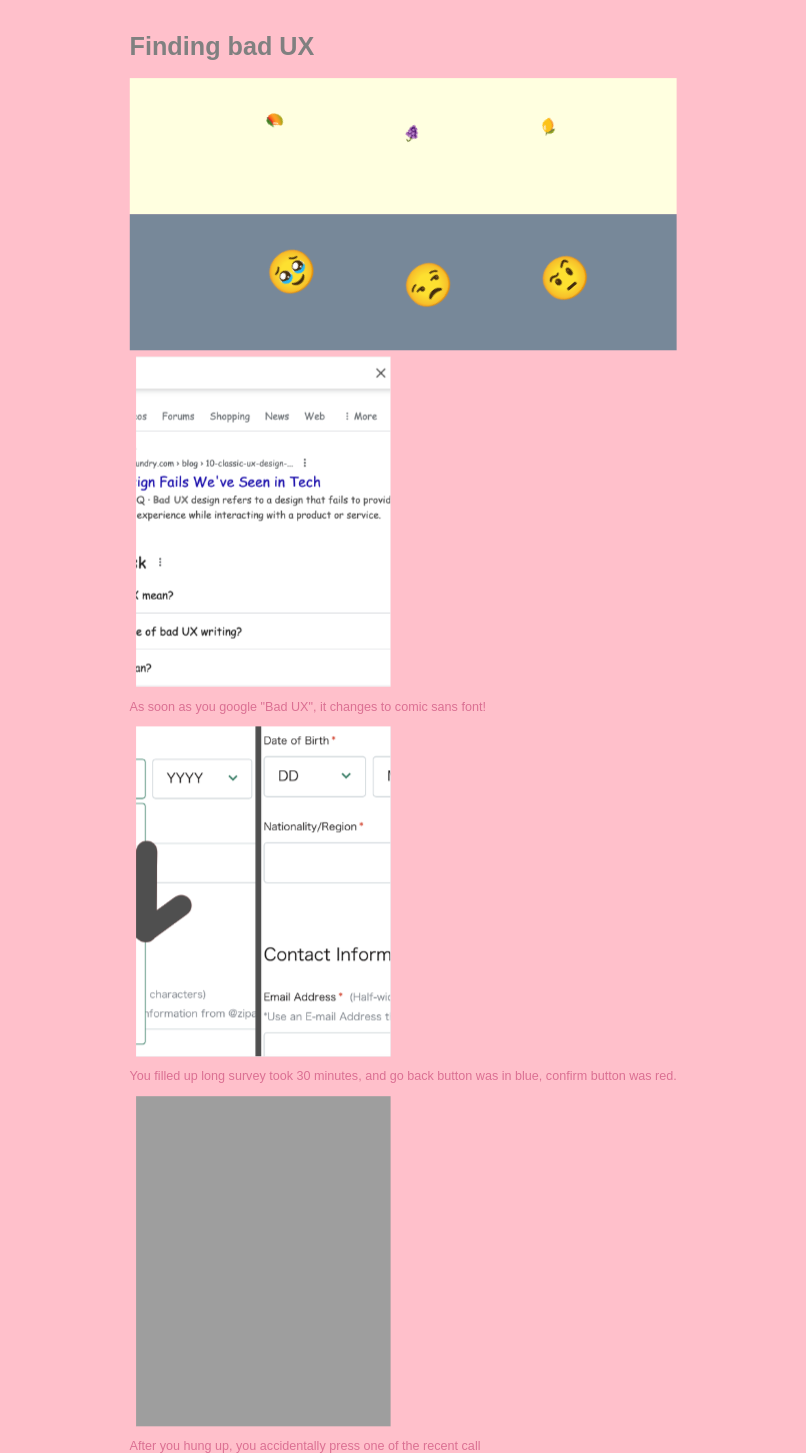
Repository: j1s00jang/MDIA-2109
Page: index.html
The author's editor kept a copy of each file at every save. The page is drawn from the files as they stood at one save, then again after the next save.
The browser window is 1280 px wide. The pictures show the whole page, at 63% of full size.
Pictures or frames that could not be fetched are drawn as grey boxes. Some web libraries are served in a nearby version.

Above is the page before, as saved 2025-02-24 14:59:59.

### index.html
<html>
    <head>
        <!-- Metadata belongs in the head of your document -->
         <title>Jisoo's finding bad ux</title>
         <meta charset="UTF-8" />
         <link rel="stylesheet" href="css/styles.css">
    </head>
    <body>
        <main>
            <h1 class="title">Finding bad UX</h1>


        <div class="js">
            <span class="js__spinner spin">🥭</span>
            <span class="js__spinner moreSpin">🍇</span>
            <span class="js__spinner mostSpin">🍋</span>
        </div>


        <div class="gsap">
            <span class="gsap__spinner spin">🥹</span>
            <span class="gsap__spinner moreSpin">😒</span>
            <span class="gsap__spinner mostSpin">🤨</span>
        </div>

            <div class="first">
                <img src="css/first.png" alt="google ux" class="first_photo">
            </div>
            <p>As soon as you google "Bad UX", it changes to comic sans font!</p>

            <div class="second">
                <img src="css/second.png" alt="confirm button in red" class="second_photo">
            </div>
            <p>You filled up long survey took 30 minutes, and go back button was in blue, confirm button was red.</p>

            <div class="third">
                <img src="css/third.jpeg" alt="iphone's recents calling list" class="third_photo">
            </div>
            <p>After you hung up, you accidentally press one of the recent call</p>

            <script src="https://cdn.jsdelivr.net/npm/gsap@3.12.7/dist/gsap.min.js"></script>
            <script src="script.js"></script>


        </main>
    </body>
</html>

### css/styles.css
html {
    font-family: "Futura", sans-serif;
    font-size: 1.25em;
    background-color: pink;
    padding: 1.25em;
    color: palevioletred;
}

body {
    display: flex;
    justify-content: center;
    height: 100vh;
}

.title {
    font-size: 2em;
    color: grey;
}


.first,
.second,
.third {
    position: relative;
    width: 30vw;
    height: 70vh;
    overflow: hidden;
}

.first {
    background-color: whitesmoke;
    padding: 10px;
    margin: 10px;
    font-size: 1.5em;
}

.first_photo {
    position: absolute;
    top: 0;
    left: 0;
    width: 100%;
    height: 100%;
    object-fit: cover; /* 부모 크기에 맞춰 채우기 */
    opacity: 1;
}

.second {
    background-color: lightcyan;
    padding: 10px;
    margin: 10px;
    color: teal;
    font-size: 1.5em;
}

.second_photo {
    position: absolute;
    top: 0;
    left: 0;
    width: 100%;
    height: 100%;
    object-fit: cover;
    opacity: 1;
}

.third {
    background-color: lightyellow;
    padding: 10px;
    margin: 10px;
    color: darkgoldenrod;
    font-size: 1.5em;
}

.third_photo {
    position: absolute;
    top: 0;
    left: 0;
    width: 100%;
    height: 100%;
    object-fit: cover;
    opacity: 1;
}

.gsap {
    position: relative;
    height: 30vh;
    font-size: 65px;
}


/* Resets and Basics */

html {
    font-family: "Futura", sans-serif;
    font-size: 1.25em;
    background-color: pink;
    padding: 1.25em;
    color:palevioletred;
}

body {
    margin: 0;
}


section {
    border: 1px solid gray;
    /* border-width: 1px;
    border-style: solid;
    border-color: gray; */
    width: 40vw;
    /* vw is almost similar with % */
    padding: 10px;
    margin: 10px;
}


section .container {
    border-color: darkorange;
}

.container {
    border: 1px solid;
    border-color: purple;
    transition: all 0.5s;
}


.container:first-child {
    background-color: brown;
}




.container:hover {
    width: 50vw;
}

.container + .container {
    margin-top: 20px;
}


.link {
    transition: background-color 1s;
}

.link:hover {
    text-decoration: underline;
    color: gray;
    background-color: hotpink;
}



#specific-container {
    border-color: blue;
}


ul {
    list-style-type: decimal-leading-zero;
}







.icon-box {
    padding: 5px;
}

.icon-box__image {
    width: 40px;
    height: 40px;
}

.icon-box__heading {
    font-size: 20px;
    margin: 10px 0;
    text-align: center;
}

.icon-box__text {
    color: gray;
    font-size: 12px;
}


/* Animations */

.css,
.js,
.gsap {
    position: relative;
    height: 30vh;
    font-size: 65px;
}

.css {
    background: skyblue;
}

.js {
    background: lightyellow;
}


.gsap {
    background: lightslategray;
}

.css__spinner,
.js__spinner,
.gsap__spinner {
    position: absolute;
}


.css__spinner {
    animation: makeItSpin 3s ease-in infinite;
}



.spin { left: 25%; top: 25%; }
.moreSpin { left: 50%; top: 35%; }
.mostSpin { left: 75%; top: 30%; }



@keyframes makeItSpin {
    0% {
        transform: rotate(0);
    }
    50% {
        font-size: 100px;
    }
    100% {
        transform: rotate(360deg);
    }
}

### script.js
const $spin = document.querySelector(".js__spinner.spin");
const $moreSpin = document.querySelector(".js__spinner.moreSpin");
const $mostSpin = document.querySelector(".js__spinner.mostSpin");




const keyframes = [
    { transform: "rotate(0)" },
    {
        transform: "rotate(360deg)",
        fontSize: "0"
     }
];



const options = {
    duration: 3000,
    iterations: Infinity,

}


$spin.animate(keyframes, options);
$moreSpin.animate(keyframes, options);
$mostSpin.animate(keyframes, options);


const gsapOption = {
    rotation: 360,
    repeat: -1,
    duration: 3
}

gsap.to(".gsap__spinner", gsapOption);

After the next save:
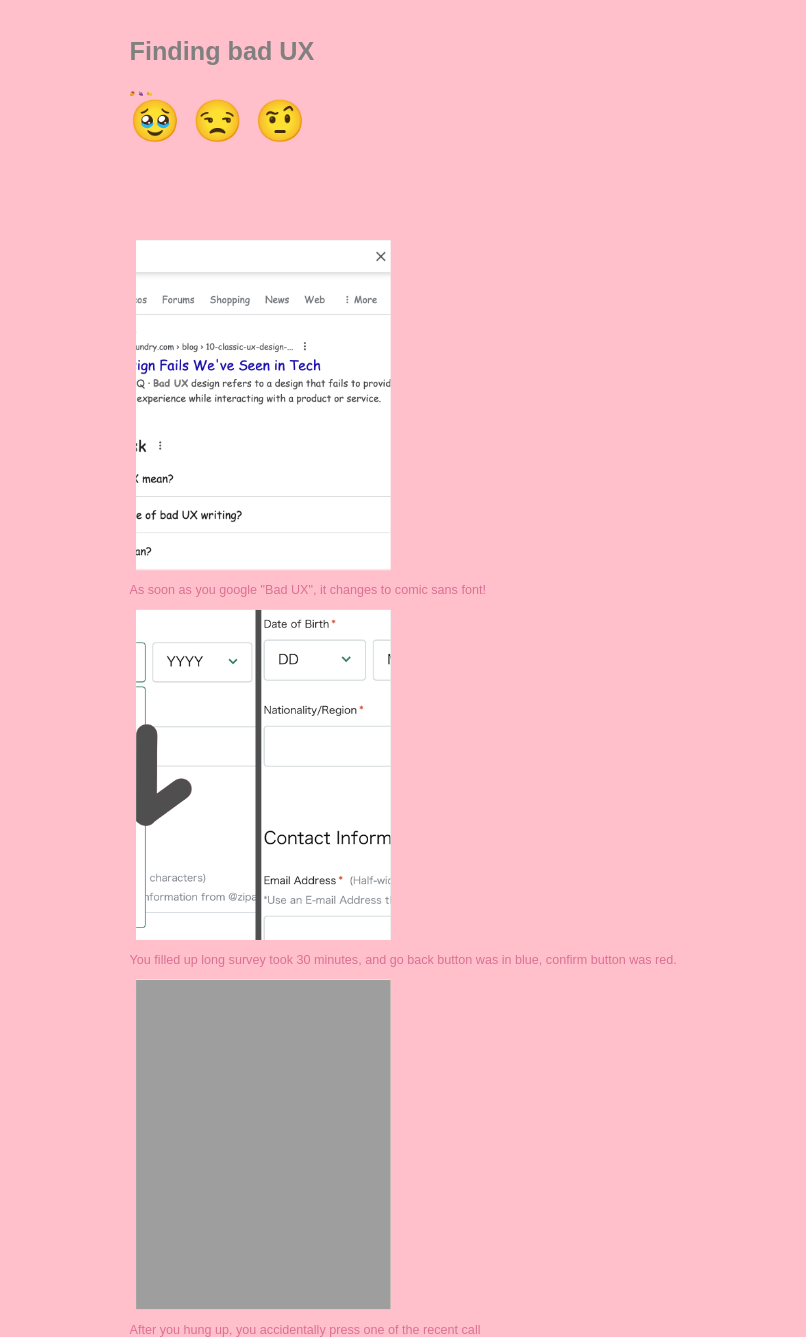
Saved 21 s later.
--- a/css/styles.css
+++ b/css/styles.css
@@ -87,138 +87,6 @@ body {
 }
 
 
-/* Resets and Basics */
-
-html {
-    font-family: "Futura", sans-serif;
-    font-size: 1.25em;
-    background-color: pink;
-    padding: 1.25em;
-    color:palevioletred;
-}
-
-body {
-    margin: 0;
-}
-
-
-section {
-    border: 1px solid gray;
-    /* border-width: 1px;
-    border-style: solid;
-    border-color: gray; */
-    width: 40vw;
-    /* vw is almost similar with % */
-    padding: 10px;
-    margin: 10px;
-}
-
-
-section .container {
-    border-color: darkorange;
-}
-
-.container {
-    border: 1px solid;
-    border-color: purple;
-    transition: all 0.5s;
-}
-
-
-.container:first-child {
-    background-color: brown;
-}
-
-
-
-
-.container:hover {
-    width: 50vw;
-}
-
-.container + .container {
-    margin-top: 20px;
-}
-
-
-.link {
-    transition: background-color 1s;
-}
-
-.link:hover {
-    text-decoration: underline;
-    color: gray;
-    background-color: hotpink;
-}
-
-
-
-#specific-container {
-    border-color: blue;
-}
-
-
-ul {
-    list-style-type: decimal-leading-zero;
-}
-
-
-
-
-
-
-
-.icon-box {
-    padding: 5px;
-}
-
-.icon-box__image {
-    width: 40px;
-    height: 40px;
-}
-
-.icon-box__heading {
-    font-size: 20px;
-    margin: 10px 0;
-    text-align: center;
-}
-
-.icon-box__text {
-    color: gray;
-    font-size: 12px;
-}
-
-
-/* Animations */
-
-.css,
-.js,
-.gsap {
-    position: relative;
-    height: 30vh;
-    font-size: 65px;
-}
-
-.css {
-    background: skyblue;
-}
-
-.js {
-    background: lightyellow;
-}
-
-
-.gsap {
-    background: lightslategray;
-}
-
-.css__spinner,
-.js__spinner,
-.gsap__spinner {
-    position: absolute;
-}
-
-
 .css__spinner {
     animation: makeItSpin 3s ease-in infinite;
 }
